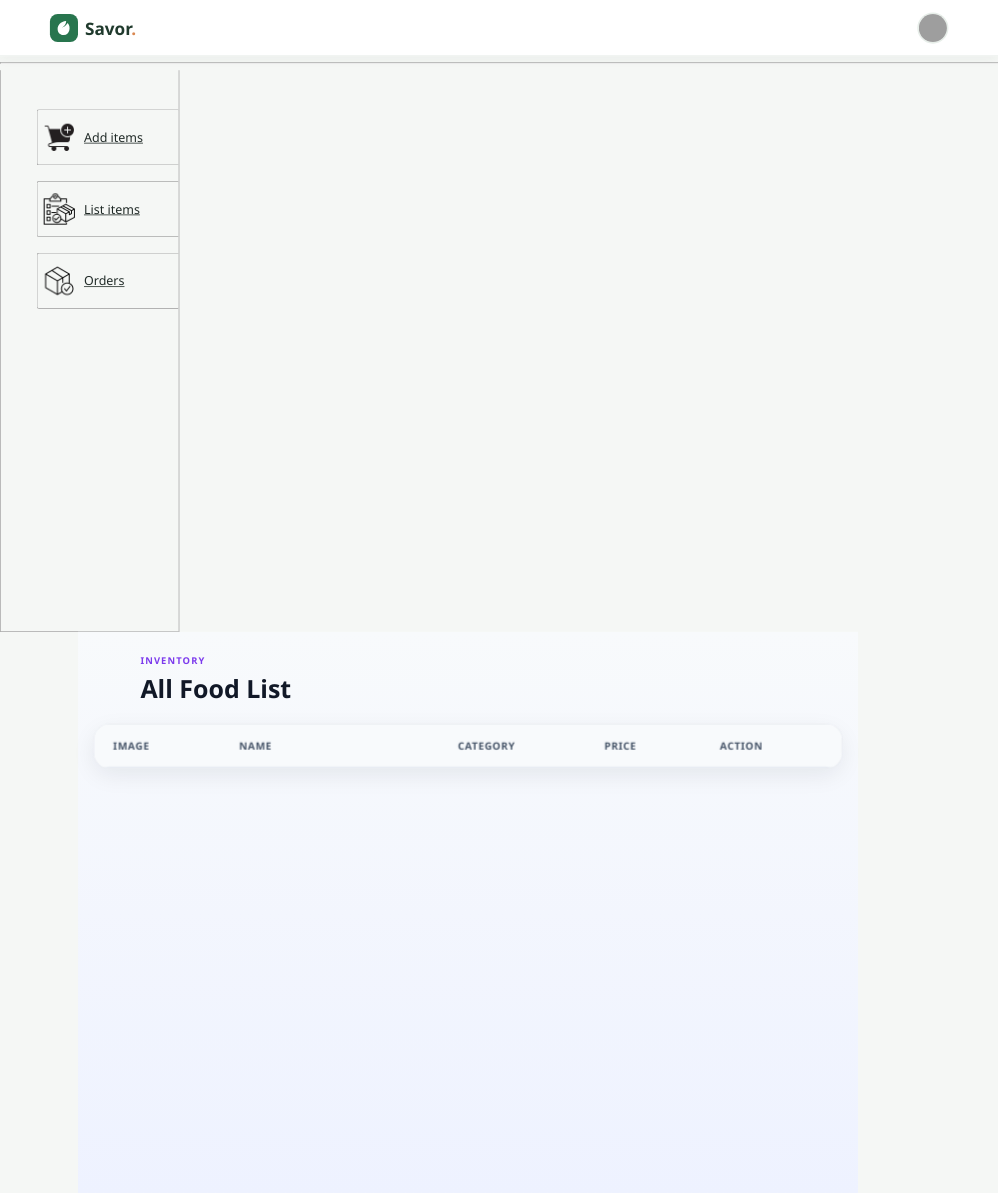
Repository: prince44991/Ecommerce-Project-Full-Stack
Page: /Listitem (app in admin/my-react-app/)
The author's editor kept a copy of each file at every save. The page is drawn from the files as they stood at one save, then again after the next save.
The browser window is 1280 px wide. The pictures show the whole page, at 78% of full size.
Pictures or frames that could not be fetched are drawn as grey boxes. The page's requests for data from a server got no answer. The project was rebuilt for these pictures with package versions that can differ from the ones it lists, and the page was loaded fresh each time. No one was signed in, and anything a server would have sent is missing. Also part of the build but not shown: admin/my-react-app/vite.config.js, admin/my-react-app/src/pages/Add/Add.css, admin/my-react-app/src/pages/Add/Add.jsx, admin/my-react-app/src/pages/Order/Order.jsx.

Above is the page before, as saved 2026-09-30 16:14:03.

After the next save:
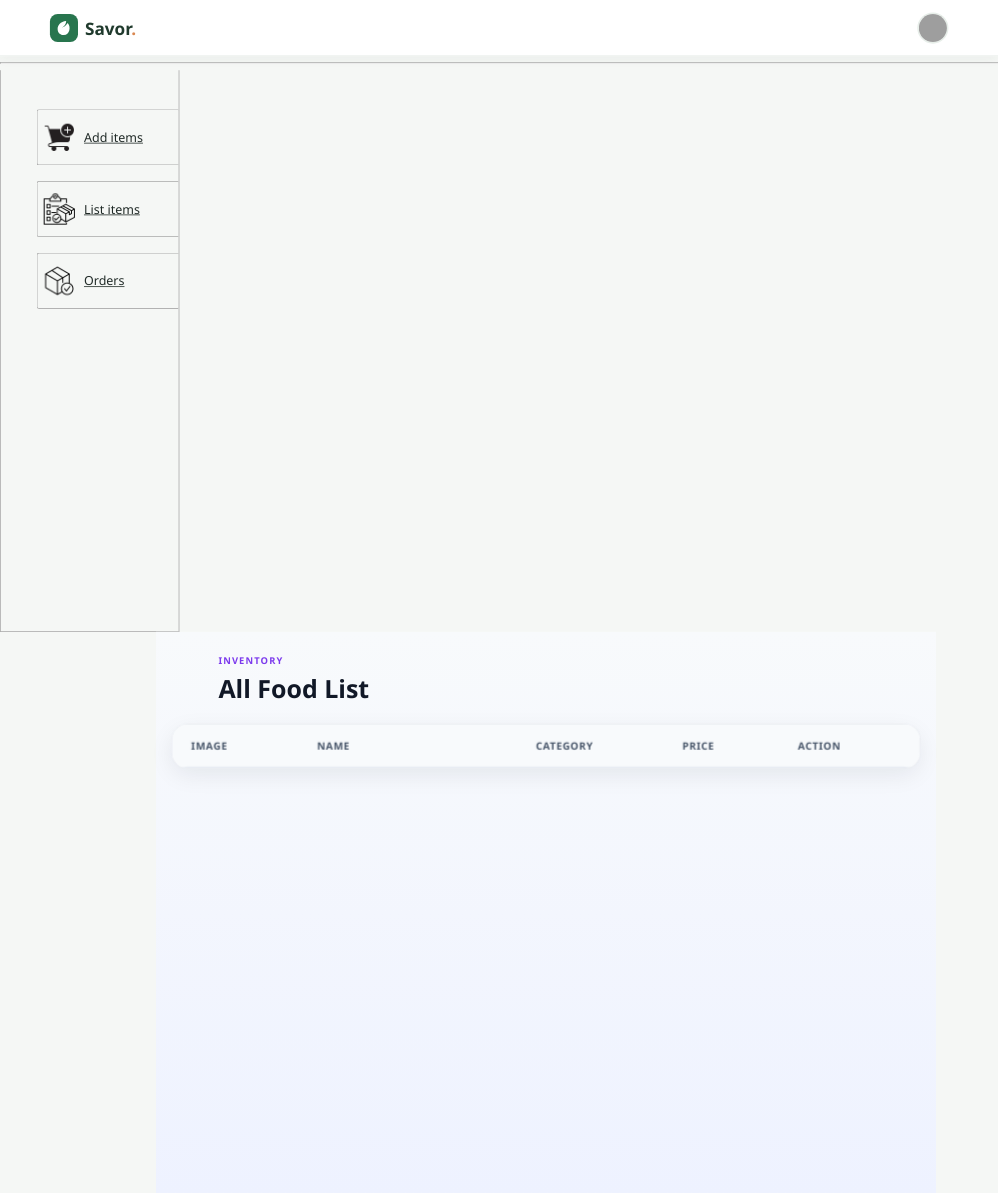
Saved 7 s later.
--- a/admin/my-react-app/src/pages/List/List.css
+++ b/admin/my-react-app/src/pages/List/List.css
@@ -5,7 +5,7 @@
   background: linear-gradient(180deg, #f8fafc 0%, #eef2ff 100%);
   min-height: 100vh;
   font-family: 'Segoe UI', Tahoma, Geneva, Verdana, sans-serif;
-  margin-left: 100px;
+  margin-left: 200px;
 }
 
 .list-header {
